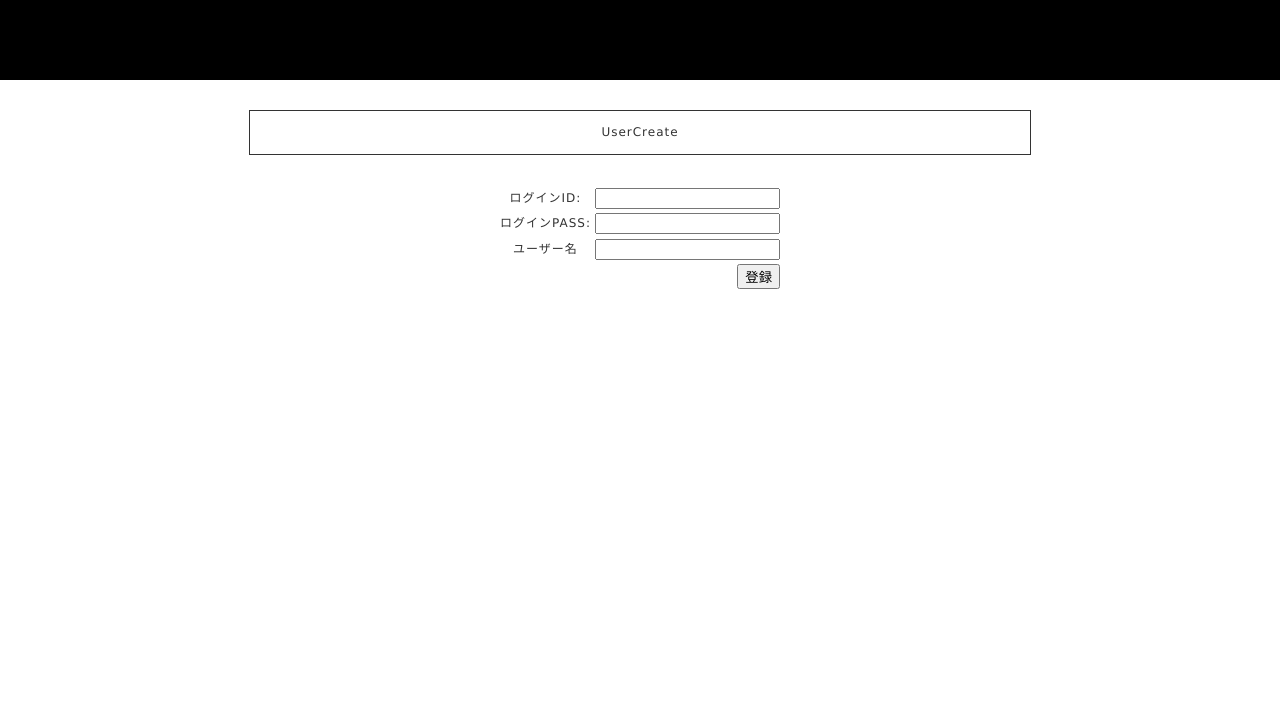
Repository: RYOYAEGAWA/test
Page: http://localhost/template/userCreate.jsp
These files come from the project's save history. The page is drawn as it stood at one moment and after the next save; the edit follows.
The browser window is 1280 px wide. The pictures show the whole page.
The page is served by Tomcat 9. Other server files are loaded and not shown.

Above is the page before, as saved 2018-05-08 02:23:22.

### java/Eclipse_Data/template/WebContent/userCreate.jsp
<%@ page language="java" contentType="text/html; charset=UTF-8" pageEncoding="UTF-8"%>
<%@ taglib prefix="s" uri="/struts-tags"%>

<!DOCTYPE html>
<html>
<head>
		<meta http-equiv="Content-Type" content="text/html; charset=utf-8"/>
		<meta http-equiv="Content-Style-Type" content="text/css" />
		<meta http-equiv="Content-Script-Type" content="text/javascript" />
		<meta http-equiv="imagetoolbar" content="no" />
		<meta name="description" content="" />
		<meta name="keywords" content="" />
		<title>UserCreate画面</title>

	<style type="text/css">

	body {
		margin:0;
		padding:0;
		line-height:1.6;
		letter-spacing:1px;
		font-family:Verdana, Helvetica, sans-serif;
		font-size:12px;
		color:#333;
		background:#fff;
		}

		table {
		text-align:center;
		margin:0 auto;
		}

		#top {
		width:780px;
		margin:30px auto;
		border:1px solid #333;
		}

		#header {
		width: 100%;
		height: 80px;
		background-color: black;
		}

		#main {
		width: 100%;
		height: 500px;
		text-align: center;
		}

		#footer {
		width: 100%;
		height: 80px;
		background-color: black;
		clear: both;
		}

	</style>
</head>
<body>

</head>
<body>
		<div id="header">
				<div id="pr">
				</div>
		</div>
		<div id="main">
				<div id="top">
				<p>UserCreate</p>
				</div>
		<div>
				<s:if test="errorMessage!=">
					<s:property value="errorMessage" escape="false" />
				</s:if>
				<table>
				<s:form action="UserCreateConfirmAction">
				<tr>
						<td>
								<label>ログインID:</label>
						</td>
						<td>
								<input type="text" name="loginUserId" value=""/>
						</td>
				</tr>
				<tr>
						<td>
								<label>ログインPASS:</label>
						</td>
						<td>
								<input type="text" name="loginassword" value=""/>
						</td>
				</tr>
				<tr>
						<td>
								<label>ユーザー名</label>
						</td>
						<td>
								<input type="text" name="userName" value="" />
						</td>
				</tr>
				<s:submit value="登録"/>
			</s:form>


			</table>
</html>

After the next save:
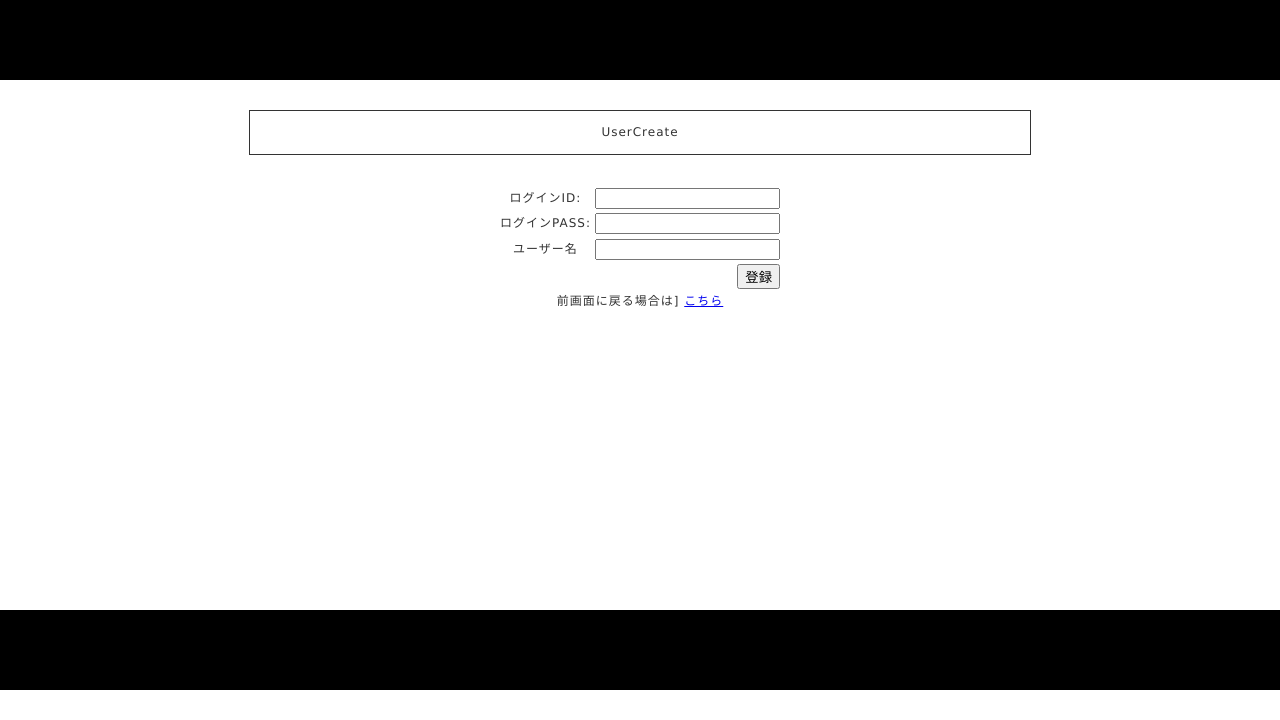
Saved 3 min 44 s later.
--- a/java/Eclipse_Data/template/WebContent/userCreate.jsp
+++ b/java/Eclipse_Data/template/WebContent/userCreate.jsp
@@ -104,4 +104,15 @@
 
 
 			</table>
+			<div>
+					<span>前画面に戻る場合は</span>]
+					<a href='<s:url action="HomeAction" />'>こちら</a>
+			</div>
+		</div>
+	</div>
+	<div id = "footer">
+			<div id="pr">
+			</div>
+    </div>
+ </body>
 </html>
